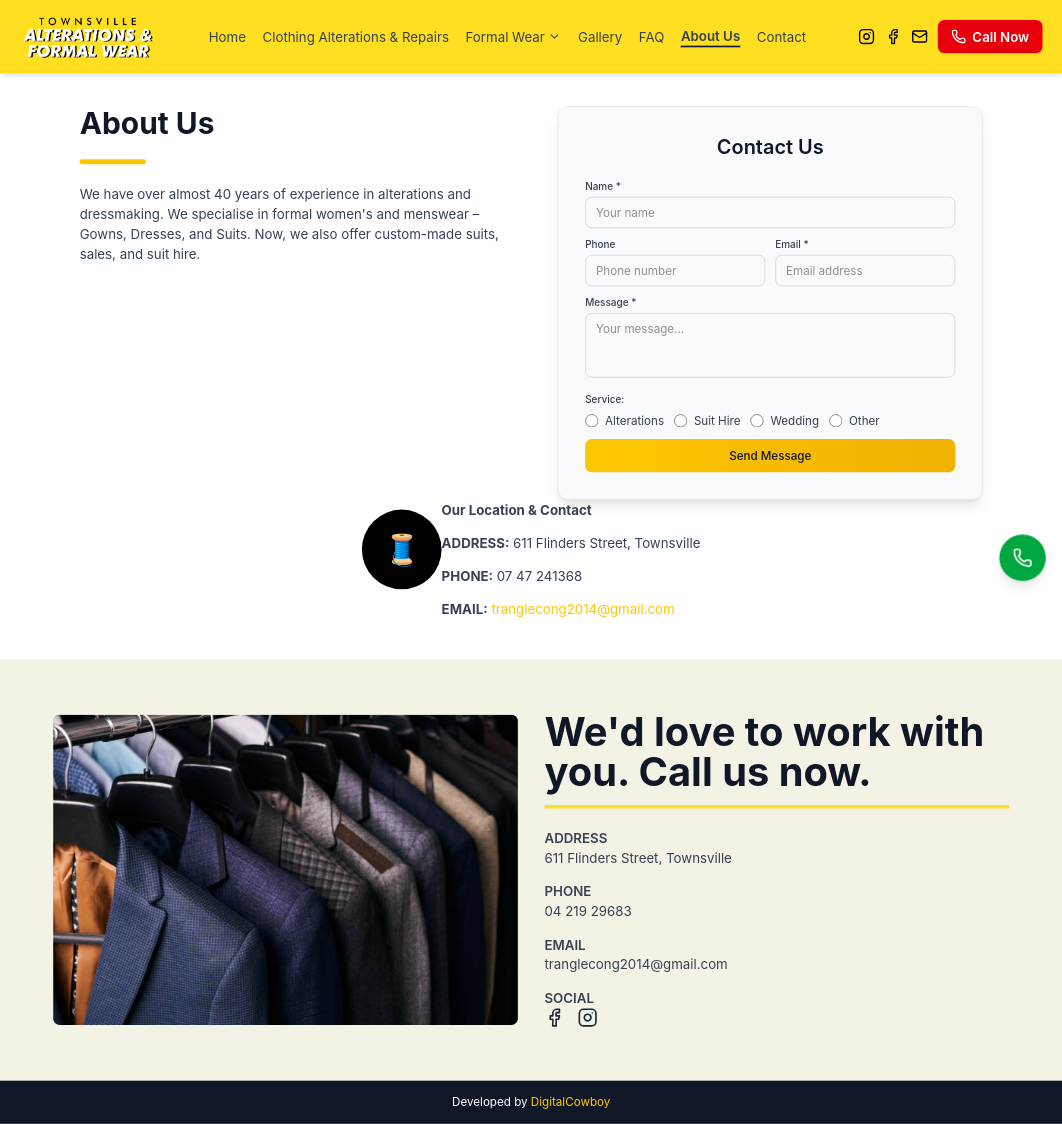
Repository: tarekhasan1/townsville-alteration
Page: /about-us
An editor plug-in stored every save of this project. The page is shown before and after the next save, followed by the edit.
The browser window is 1280 px wide. The pictures show the whole page, at 83% of full size.
The page's requests for data from a server got no answer. The project was rebuilt for these pictures with package versions that can differ from the ones it lists, and the page was loaded fresh each time. The framework's server and built-in components were replaced by stand-ins that run in the browser. No one was signed in, and anything a server would have sent is missing. Also part of the build but not shown: next.config.ts.

Above is the page before, as saved 2026-01-31 15:58:52.

### src/app/layout.tsx
import type { Metadata } from "next";
import Script from "next/script";
import "./globals.css";
import LayoutShell from "@/components/LayoutShell";
import FloatingCallButton from "@/components/FloatingCallButton";
import AnalyticsTracker from "@/components/AnalyticsTracker";

export const metadata: Metadata = {
  title: "Townsville Alterations and Formal Wear | Tailoring, Suit Hire, Alterations",
  description:
    "Townsville Alterations and Formal Wear - Reinvent Your Wardrobe. Hire or tailor-make outfits that turn heads. Expert suit hire, bridal alterations, and tailoring in Townsville.",
  keywords:
    "Townsville Tailoring, Formal Wear Townsville, Suit Hire, Alterations, Wedding Dress Alterations, Custom Tailoring",
  authors: [{ name: "Townsville Alterations & Formal Wear" }],
  creator: "Townsville Alterations & Formal Wear",
  publisher: "Townsville Alterations & Formal Wear",
  robots: "index, follow",
  icons: "/logo.png",
};

export default function RootLayout({
  children,
}: {
  children: React.ReactNode;
}) {
  return (
    <html lang="en">
      <head>
        {/* Google Tag Manager */}
        <Script
          id="gtm-script"
          strategy="afterInteractive"
          dangerouslySetInnerHTML={{
            __html: `
              (function(w,d,s,l,i){w[l]=w[l]||[];
              w[l].push({'gtm.start': new Date().getTime(),event:'gtm.js'});
              var f=d.getElementsByTagName(s)[0],
              j=d.createElement(s),dl=l!='dataLayer'?'&l='+l:'';
              j.async=true;j.src=
              'https://www.googletagmanager.com/gtm.js?id='+i+dl;
              f.parentNode.insertBefore(j,f);
              })(window,document,'script','dataLayer','GTM-WH7KD8GK');
            `,
          }}
        />
        {/* End Google Tag Manager */}
      </head>

      <body>
        {/* Google Tag Manager (noscript) */}
        <noscript>
          <iframe
            src="https://www.googletagmanager.com/ns.html?id=GTM-WH7KD8GK"
            height="0"
            width="0"
            style={{ display: "none", visibility: "hidden" }}
          />
        </noscript>
        {/* End Google Tag Manager (noscript) */}
        <AnalyticsTracker />

        <LayoutShell>{children}</LayoutShell>

        {/* Global Floating Call Button */}
        <FloatingCallButton />
      </body>
    </html>
  );
}

### src/app/about-us/page.tsx
import AboutUsSection from '@/components/AboutUsSection';
import React from 'react';

const page = () => {
    return (
        <div className='pt-[80px]'>
            <AboutUsSection/>
        </div>
    );
};

export default page;

### src/app/globals.css
@import "tailwindcss";

:root {
  --background: #ffffff;
  --foreground: #171717;
}

body {
  font-family: 'Inter', sans-serif;
  margin: 0;
  padding: 0;
}

### src/components/LayoutShell.tsx
// components/LayoutShell.tsx
'use client';

import { usePathname } from 'next/navigation';
import Navbar from '@/components/Navbar';
import ContactSection from '@/components/ContactSection';
import DevelopedBy from '@/components/DevelopedBy';

export default function LayoutShell({ children }: { children: React.ReactNode }) {
  const pathname = usePathname();
  const isAdminRoute = pathname.startsWith('/admin');

  return (
    <>
      {!isAdminRoute && <Navbar />}
      {children}
      {!isAdminRoute && (
        <>
          <ContactSection />
          <DevelopedBy />
        </>
      )}
    </>
  );
}

### src/components/FloatingCallButton.tsx
'use client';

import { Phone } from 'lucide-react';

export default function FloatingCallButton() {
  return (
    <a
      href="tel:0421929683" // <-- replace with real number
      aria-label="Call us now"
      className="
        fixed
        bottom-5
        right-5
        z-50
        flex
        items-center
        justify-center
        w-14
        h-14
        rounded-full
        bg-green-600
        text-white
        shadow-lg
        hover:bg-green-700
        active:scale-95
        transition
      "
    >
      <Phone className="w-6 h-6" />
    </a>
  );
}

### src/components/AnalyticsTracker.tsx
/* eslint-disable @typescript-eslint/no-explicit-any */
"use client";

import { usePathname } from "next/navigation";
import { useEffect } from "react";

declare global {
  interface Window {
    dataLayer: any[];
  }
}

export default function AnalyticsTracker() {
  const pathname = usePathname();

  useEffect(() => {
    if (typeof window === "undefined") return;
    if (!window.dataLayer) return;

    window.dataLayer.push({
      event: "pageview",
      page_path: pathname,
    });
  }, [pathname]);

  return null;
}

### src/components/AboutUsSection.tsx
/* eslint-disable react/no-unescaped-entities */
'use client';

import ContactForm from '@/components/ContactForm'; // Import the form

export default function AboutUsSection() {
    return (
        <section className="bg-white py-12 px-6 md:px-12 lg:px-24 text-gray-800">
            <div className="max-w-7xl mx-auto">
                <div className="flex flex-col lg:flex-row gap-10 lg:gap-16 items-start">
                    {/* Left Column - About Us Content */}
                    <div className="lg:w-1/2">
                        <div className="text-center lg:text-left">
                            <h2 className="text-3xl md:text-4xl font-bold text-gray-900 mb-4">About Us</h2>
                            <hr className="w-20 border-yellow-400 border-[3px] lg:mx-0 my-6 rounded-full mx-auto" />
                            <p className="text-gray-700 mb-6">
                                We have over almost 40 years of experience in alterations and dressmaking. We specialise in formal
                                women's and menswear – Gowns, Dresses, and Suits. Now, we also offer custom-made suits, sales, and suit hire.
                            </p>
                        </div>
                    </div>

                    {/* Right Column - Contact Form */}
                    <div className="lg:w-1/2 flex items-center justify-center w-full">
                        <div className="bg-gray-50 p-6 md:p-8 rounded-xl shadow-lg border border-gray-200">
                            <ContactForm />
                        </div>
                    </div>
                </div>
                <div className='flex items-center w-full justify-center mx-auto'>
                    <div className="flex lg:justify-start justify-center mb-6">
                                <div className="w-24 h-24 bg-black rounded-full flex items-center justify-center">
                                    <span className="text-white text-4xl">🧵</span>
                                </div>
                            </div>

                            <div className="text-gray-700 space-y-4">
                                <h3 className="font-bold">Our Location & Contact</h3>
                                <p><strong>ADDRESS:</strong> 611 Flinders Street, Townsville</p>
                                <p><strong>PHONE:</strong> 07 47 241368</p>
                                <a href='mailto:tranglecong2014@gmail.com' className="block hover:text-yellow-600 transition-colors">
                                    <strong>EMAIL:</strong> <span className="text-yellow-400">tranglecong2014@gmail.com</span>
                                </a>
                            </div>
                </div>
            </div>
        </section>
    );
}

### src/components/ContactSection.tsx
'use client';

import Image from 'next/image';
import { Facebook, Instagram } from 'lucide-react';

export default function ContactSection() {
  return (
    <footer
      id="contact"
      aria-labelledby="contact-us"
      className="bg-[#f2f2e5] p-8 md:p-12 lg:p-16"
    >
      <div className="mx-auto grid grid-cols-1 md:grid-cols-2 gap-8 items-center">
        <div className="w-full h-auto relative">
          <Image
            src="/tailored-suit.jpg"
            alt="Tailored suits on hangers"
            width={600}
            height={400}
            className="rounded-lg"
            priority
          />
        </div>
        <div className="space-y-6 text-center md:text-left">
          <h2
            id="contact-us"
            className="text-4xl md:text-5xl font-bold text-gray-900 mb-4"
          >
            We&apos;d love to work with you. Call us now.
          </h2>
          <hr className="border-yellow-300 border-[2px]" />
          <div className="space-y-4 text-gray-700">
            <div>
              <h3 className="font-semibold">ADDRESS</h3>
              <p>611 Flinders Street, Townsville</p>
            </div>
            <div>
              <h3 className="font-semibold">PHONE</h3>
              <p>04 219 29683</p>
            </div>
            <div>
              <h3 className="font-semibold">EMAIL</h3>
              <p>
                <a
                  href="mailto:tranglecong2014@gmail.com"
                  className="hover:text-gray-600"
                  aria-label="Email us at sales@tsvalterationsandformalwear.com"
                >
                  tranglecong2014@gmail.com
                </a>
              </p>
            </div>
            <div>
              <h3 className="font-semibold">SOCIAL</h3>
              <div className="flex justify-center md:justify-start space-x-4 text-xl">
                <a
                  target="_blank"
                  href="https://www.facebook.com/DressmakingAlterationsTownsville"
                  aria-label="Facebook - Townsville Alterations and Formal Wear"
                  className="text-gray-800 hover:text-gray-600"
                >
                  <Facebook size={24} />
                </a>
                <a
                  target="_blank"
                  href="https://www.instagram.com/tsvalterationformal?igsh=bXJkaXp3eXN4Yml2"
                  aria-label="Instagram - Townsville Alterations and Formal Wear"
                  className="text-gray-800 hover:text-gray-600"
                >
                  <Instagram size={24} />
                </a>
              </div>
            </div>
          </div>
        </div>
      </div>
    </footer>
  );
}

### src/components/DevelopedBy.tsx
// components/DevelopedBy.js

import React from 'react';

const DevelopedBy = () => {
  return (
    <footer className="bg-gray-900 text-white text-center py-4">
      <p className="text-sm">
        Developed by{' '}
        <a
          href="https://digitalcowboy.com.au"
          className="text-yellow-400 hover:underline"
          target="_blank"
          rel="noopener noreferrer"
        >
          DigitalCowboy
        </a>
      </p>
    </footer>
  );
};

export default DevelopedBy;

### actions/contact.action.ts
/* eslint-disable @typescript-eslint/no-explicit-any */
/* eslint-disable @typescript-eslint/no-unused-vars */
// lib/contact.actions.ts
'use client';

import {
  collection,
  addDoc,
  getDocs,
  query,
  orderBy,
  where,
  Timestamp,
  updateDoc,
  doc,
  deleteDoc,
  DocumentData,
  QuerySnapshot,
  QueryDocumentSnapshot
} from "firebase/firestore";
import { db } from "@/firebase/config";

export interface ContactMessage {
  id?: string;
  name: string;
  email: string;
  phone: string;
  message: string;
  service?: string;
  status: 'new' | 'responded' | 'archived';
  createdAt: Date;
  respondedAt?: Date;
  adminNotes?: string;
  adminResponder?: string;
}

export interface SubmitContactFormData {
  name: string;
  email: string;
  phone: string;
  message: string;
  service?: string;
}

export interface SubmitResult {
  success: boolean;
  messageId?: string;
  error?: string;
}

export interface FetchMessagesResult {
  messages: ContactMessage[];
  total: number;
}

export interface UpdateMessageData {
  status?: 'new' | 'responded' | 'archived';
  adminNotes?: string;
  adminResponder?: string;
}

// Submit contact form data to database
export const submitContactForm = async (data: SubmitContactFormData): Promise<SubmitResult> => {
  try {
    const messagesRef = collection(db, 'messages');

    const messageData = {
      name: data.name.trim(),
      email: data.email.trim(),
      phone: data.phone?.trim() || '',
      message: data.message.trim(),
      service: data.service?.toLowerCase() || '',
      status: 'new' as const,
      createdAt: Timestamp.now(),
      respondedAt: null,
      adminNotes: '',
      adminResponder: ''
    };

    const docRef = await addDoc(messagesRef, messageData);

    return {
      success: true,
      messageId: docRef.id
    };
  } catch (error) {
    console.error('Error submitting contact form:', error);
    return {
      success: false,
      error: error instanceof Error ? error.message : 'Failed to submit form'
    };
  }
};

// Fetch all messages with optional filtering and sorting
export const fetchMessages = async (
  status?: ContactMessage['status'],
  limit?: number,
  sortBy: 'createdAt' | 'name' = 'createdAt',
  sortOrder: 'asc' | 'desc' = 'desc'
): Promise<FetchMessagesResult> => {
  try {
    const messagesRef = collection(db, 'messages');
    let q = query(messagesRef, orderBy(sortBy, sortOrder));

    if (status) {
      q = query(messagesRef, where('status', '==', status), orderBy(sortBy, sortOrder));
    }

    const snapshot = await getDocs(q);
    let messages = snapshot.docs.map(doc => {
      const data = doc.data();
      return {
        id: doc.id,
        name: data.name,
        email: data.email,
        phone: data.phone,
        message: data.message,
        service: data.service,
        status: data.status,
        createdAt: data.createdAt?.toDate() || new Date(),
        respondedAt: data.respondedAt?.toDate(),
        adminNotes: data.adminNotes,
        adminResponder: data.adminResponder
      };
    });

    if (limit) {
      messages = messages.slice(0, limit);
    }

    return {
      messages,
      total: snapshot.size
    };
  } catch (error) {
    console.error('Error fetching messages:', error);
    throw new Error('Failed to fetch messages');
  }
};

// Fetch a single message by ID
export const fetchMessageById = async (id: string): Promise<ContactMessage | null> => {
  try {
    const messagesRef = collection(db, 'messages');
    const q = query(messagesRef, where('__name__', '==', id));
    const snapshot = await getDocs(q);

    if (snapshot.empty) {
      return null;
    }

    const doc = snapshot.docs[0];
    const data = doc.data();

    return {
      id: doc.id,
      name: data.name,
      email: data.email,
      phone: data.phone,
      message: data.message,
      service: data.service,
      status: data.status,
      createdAt: data.createdAt?.toDate() || new Date(),
      respondedAt: data.respondedAt?.toDate(),
      adminNotes: data.adminNotes,
      adminResponder: data.adminResponder
    };
  } catch (error) {
    console.error('Error fetching message:', error);
    throw new Error('Failed to fetch message');
  }
};

// Update message (admin response)
export const updateMessage = async (
  messageId: string,
  updateData: UpdateMessageData
): Promise<boolean> => {
  try {
    const messageRef = doc(db, 'messages', messageId);

    const updateObject: any = {};

    if (updateData.status) {
      updateObject.status = updateData.status;
      if (updateData.status === 'responded') {
        updateObject.respondedAt = Timestamp.now();
      }
    }

    if (updateData.adminNotes !== undefined) {
      updateObject.adminNotes = updateData.adminNotes;
    }

    if (updateData.adminResponder !== undefined) {
      updateObject.adminResponder = updateData.adminResponder;
    }

    await updateDoc(messageRef, updateObject);
    return true;
  } catch (error) {
    console.error('Error updating message:', error);
    throw new Error('Failed to update message');
  }
};

// Mark message as responded
export const markAsResponded = async (
  messageId: string,
  adminName: string,
  adminNotes?: string
): Promise<boolean> => {
  try {
    const messageRef = doc(db, 'messages', messageId);

    await updateDoc(messageRef, {
      status: 'responded',
      respondedAt: Timestamp.now(),
      adminResponder: adminName,
      adminNotes: adminNotes || ''
    });

    return true;
  } catch (error) {
    console.error('Error marking message as responded:', error);
    throw new Error('Failed to mark message as responded');
  }
};

// Delete message
export const deleteMessage = async (messageId: string): Promise<boolean> => {
  try {
    const messageRef = doc(db, 'messages', messageId);
    await deleteDoc(messageRef);
    return true;
  } catch (error) {
    console.error('Error deleting message:', error);
    throw new Error('Failed to delete message');
  }
};

// Archive message
export const archiveMessage = async (messageId: string): Promise<boolean> => {
  try {
    return await updateMessage(messageId, { status: 'archived' });
  } catch (error) {
    console.error('Error archiving message:', error);
    throw new Error('Failed to archive message');
  }
};

// Get message statistics
export const getMessageStats = async (): Promise<{
  total: number;
  new: number;
  responded: number;
  archived: number;
}> => {
  try {
    const messagesRef = collection(db, 'messages');
    const snapshot = await getDocs(messagesRef);

    const stats = {
      total: 0,
      new: 0,
      responded: 0,
      archived: 0
    };

    snapshot.forEach(doc => {
      const data = doc.data();
      stats.total++;

      switch (data.status) {
        case 'new':
          stats.new++;
          break;
        case 'responded':
          stats.responded++;
          break;
        case 'archived':
          stats.archived++;
          break;
      }
    });

    return stats;
  } catch (error) {
    console.error('Error fetching message stats:', error);
    throw new Error('Failed to fetch message statistics');
  }
};

// Search messages by name or email
export const searchMessages = async (searchTerm: string): Promise<ContactMessage[]> => {
  try {
    // Note: Firestore doesn't support OR queries directly with different fields
    // We'll fetch all and filter client-side for small datasets
    // For larger datasets, consider using a search index like Algolia

    const messagesRef = collection(db, 'messages');
    const snapshot = await getDocs(messagesRef);

    const searchLower = searchTerm.toLowerCase();

    const messages = snapshot.docs
      .map(doc => {
        const data = doc.data();
        return {
          id: doc.id,
          name: data.name,
          email: data.email,
          phone: data.phone,
          message: data.message,
          service: data.service,
          status: data.status,
          createdAt: data.createdAt?.toDate() || new Date(),
          respondedAt: data.respondedAt?.toDate(),
          adminNotes: data.adminNotes,
          adminResponder: data.adminResponder
        };
      })
      .filter(message =>
        message.name.toLowerCase().includes(searchLower) ||
        message.email.toLowerCase().includes(searchLower) ||
        message.message.toLowerCase().includes(searchLower)
      );

    return messages;
  } catch (error) {
    console.error('Error searching messages:', error);
    throw new Error('Failed to search messages');
  }
};

### src/firebase/config.ts
// Import the functions you need from the SDKs you need
import { initializeApp } from "firebase/app";
import { getFirestore } from 'firebase/firestore';
import { getStorage } from 'firebase/storage';
// TODO: Add SDKs for Firebase products that you want to use
// https://firebase.google.com/docs/web/setup#available-libraries

// Your web app's Firebase configuration
const firebaseConfig = {
  apiKey: process.env.NEXT_PUBLIC_FIREBASE_API_KEY,
  authDomain: process.env.NEXT_PUBLIC_FIREBASE_AUTH_DOMAIN,
  projectId: process.env.NEXT_PUBLIC_FIREBASE_PROJECT_ID,
  storageBucket: process.env.NEXT_PUBLIC_FIREBASE_STORAGE_BUCKET,
  messagingSenderId: process.env.NEXT_PUBLIC_FIREBASE_MESSAGING_SENDER_ID,
  appId: process.env.NEXT_PUBLIC_FIREBASE_APP_ID
};

// Initialize Firebase
const app = initializeApp(firebaseConfig);
export const db = getFirestore(app);
export const storage = getStorage(app);

Loaded but not shown: src/components/ContactForm.tsx (255 lines, source omitted); src/components/Navbar.tsx (201 lines, source omitted)

After the next save:
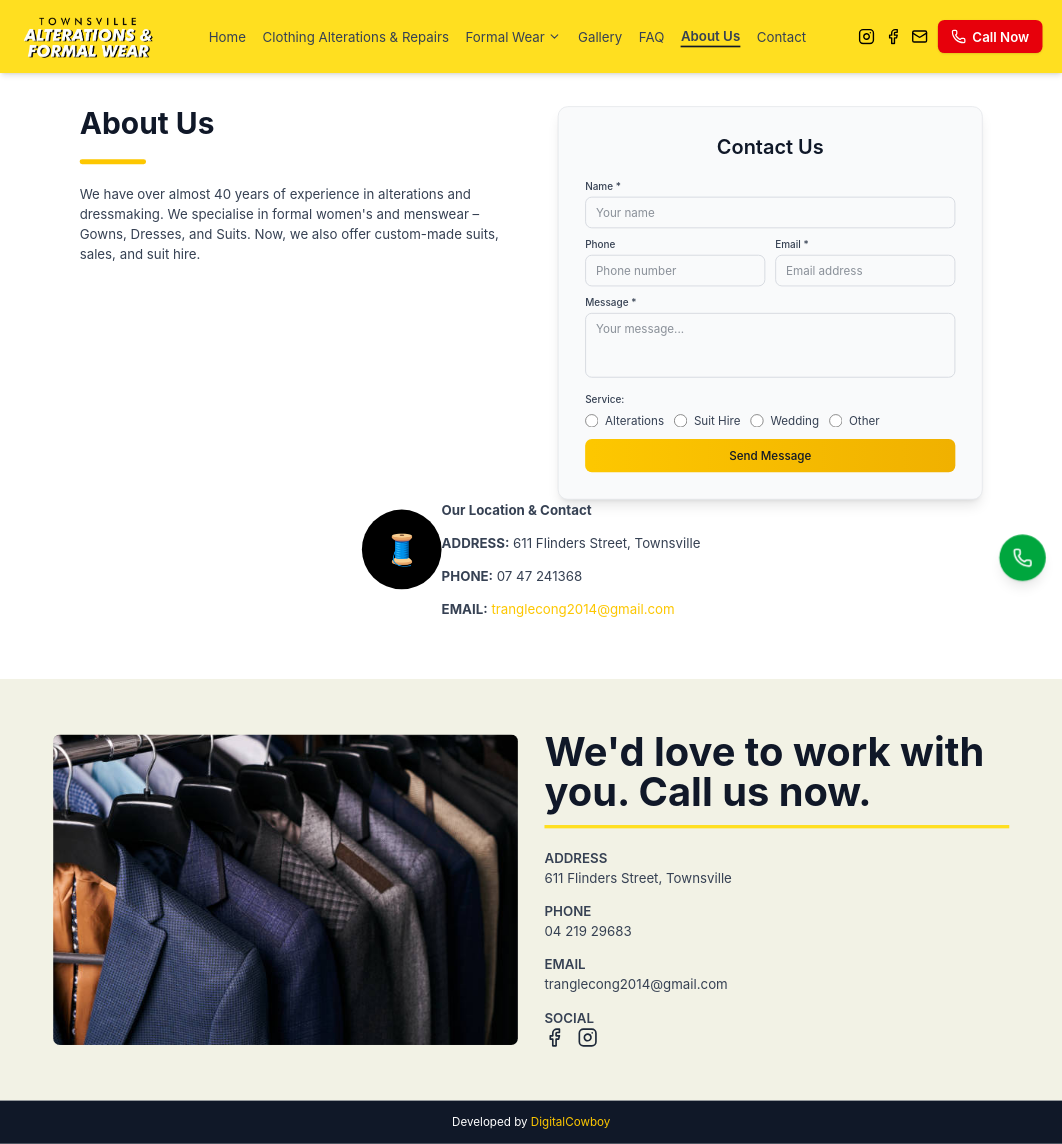
Saved 16 s later.
--- a/src/components/AboutUsSection.tsx
+++ b/src/components/AboutUsSection.tsx
@@ -27,7 +27,7 @@ export default function AboutUsSection() {
                         </div>
                     </div>
                 </div>
-                <div className='flex items-center w-full justify-center mx-auto'>
+                <div className='flex items-center w-full justify-center mx-auto mb-6'>
                     <div className="flex lg:justify-start justify-center mb-6">
                                 <div className="w-24 h-24 bg-black rounded-full flex items-center justify-center">
                                     <span className="text-white text-4xl">🧵</span>
